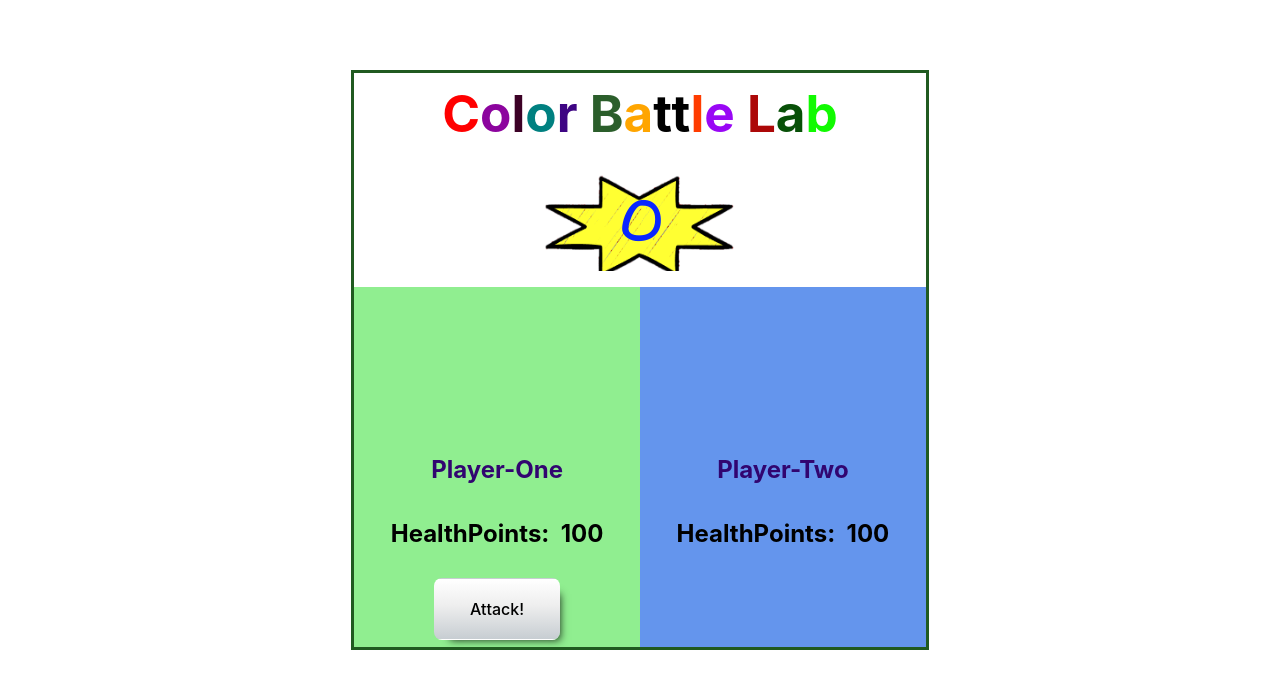
Repository: RAWdevX21/color-battle_lab-build
Page: /
An editor plug-in stored every save of this project. The page is shown before and after the next save, followed by the edit.
The browser window is 1280 px wide. The pictures show the whole page.
Some web fonts or font styles are not loaded; a fallback is used. The project was rebuilt for these pictures with package versions that can differ from the ones it lists, and the page was loaded fresh each time. Also part of the build but not shown: vite.config.js.

Above is the page before, as saved 2023-08-17 09:40:22.

### index.html
<!doctype html>
<html lang="en">
  <head>
    <meta charset="UTF-8" />
    <link rel="icon" type="image/svg+xml" href="/vite.svg" />
    <link rel="preconnect" href="https://fonts.googleapis.com">
    <link rel="preconnect" href="https://fonts.gstatic.com" crossorigin>
    <link href="https://fonts.googleapis.com/css2?family=Architects+Daughter&family=Short+Stack&family=Tillana&display=swap" rel="stylesheet">
    <meta name="viewport" content="width=device-width, initial-scale=1.0" />
    <title>Color Battle</title>
  </head>
  <body>
    <div id="root"></div>
    <script type="module" src="/src/main.jsx"></script>
  </body>
</html>

### src/App.jsx
import { useState } from "react";
import GameBanner from "./Components/GameBanner";
import Player from "./Components/PlayerInfo";
import "./App.css";

export default function App() {

  const [player1, setPlayer1] = useState({
    name: "Player-One",
    color: "lightgreen",
    healthpoints: 100,
    turn: true
  });

  const [player2, setPlayer2] = useState({
    name: "Player-Two",
    color: "cornflowerblue",
    healthpoints: 100,
    turn: false
  });

  const [dice, setDice] = useState(0);

  const handleAttack = (attacker, defender, setAttacker, setDefender) => {
    console.log("Attack button pressed");
    const damage = Math.floor(Math.random() * 12) + 1;
    console.log("Calculated damage:", damage);
    setDice(damage);

    setDefender((prevDefender) => ({
      ...prevDefender,
      healthpoints: prevDefender.healthpoints - damage
    }));

    setAttacker((prevAttacker) => ({
      ...prevAttacker,
      turn: false
    }));

    // Switch turns
    if (attacker === player1) {
      setPlayer2((prevPlayer2) => ({
        ...prevPlayer2,
        turn: true
      }));
    } else {
      setPlayer1((prevPlayer1) => ({
        ...prevPlayer1,
        turn: true
      }));
    }

    if (defender.healthpoints - damage <= 0) {
      alert(`${attacker.name} wins!`);
    }
  };

  return (
    <div className="game-board">
      <GameBanner damagePoints={dice} />

      <div className="players-container">
        <div className="player-wrapper">
          <Player
            key={player1.name}
            player={player1}
            onAttack={() =>
              handleAttack(player1, player2, setPlayer1, setPlayer2)
            }
          />
        </div>
        <div className="player-wrapper">
          <Player
            key={player2.name}
            player={player2}
            onAttack={() =>
              handleAttack(player2, player1, setPlayer2, setPlayer1)
            }
          />
        </div>
      </div>
    </div>
  );
}

### src/index.css
:root {
  font-family: Inter, system-ui, Avenir, Helvetica, Arial, sans-serif;
  line-height: 1.5;
  font-weight: 400;

  color-scheme: light dark;
  background-color: #242424;

}

body {
  margin: 0;
  display: flex;
  place-items: center;
  min-width: 320px;
  min-height: 100vh;
}

h1 {
  font-size: 3.2em;
  line-height: 1.1;
}

button {
  border-radius: 8px;
  border: 1px solid transparent;
  padding: 0.6em 1.2em;
  font-size: 1em;
  font-weight: 500;
  font-family: inherit;
  background-color: #1a1a1a;
  cursor: pointer;
  transition: border-color 0.25s;
}
button:hover {
  border-color: #646cff;
}
button:focus,
button:focus-visible {
  outline: 4px auto -webkit-focus-ring-color;
}

@media (prefers-color-scheme: light) {
  :root {
    background-color: #ffffff;
  }

  button {
    background-color: #ffffff;
  }
}

### src/Components/GameBanner.jsx
import './GameBanner.css';
import Die from "./Die";

const GameBanner = ({ damagePoints }) => {
    return (
      <div className="banner">
        <h1>
          <span className="banner--c">C</span>
          <span className="banner--o">o</span>
          <span className="banner--l">l</span>
          <span className="banner--o2">o</span>
          <span className="banner--r">r</span>
          &nbsp;
          <span className="banner--b">B</span>
          <span className="banner--a">a</span>
          <span className="banner--t">t</span>
          <span className="banner--t">t</span>
          <span className="banner--l2">l</span>
          <span className="banner--e">e</span>
          &nbsp;
          <span className="banner--l3">L</span>
          <span className="banner--a2">a</span>
          <span className="banner--b2">b</span>
        </h1>
        <div className="damage-points">
          <Die value={damagePoints} />
        </div>
      </div>
    );
}

export default GameBanner;

### src/Components/PlayerInfo.jsx
import "./PlayerInfo.css";

const Player = ({ player, onAttack }) => {

  console.log(`${player.name}'s HealthPoints:`, player.healthpoints);

  return (
    <div className="player" style={{ backgroundColor: player.color }}>
      <h2>{player.name}</h2>
      <p
        className="hp"
        style={{ fontSize: "1.5rem", fontWeight: "bold", color: "black" }}>
        HealthPoints: &nbsp;{player.healthpoints}
      </p>
      {player.turn && (
        <button className="attack-button" onClick={onAttack}>
          Attack!
        </button>
      )}
    </div>
  );
};

export default Player;

### src/App.css
#root {
  margin: 0 auto;
  text-align: center;
  border: 3px solid rgba(3, 69, 3, 0.884);
}

h2 {
  color: rgb(49, 5, 112);
}

.players-container {
  display: flex;
  align-items: stretch;
}

.player-wrapper {
  flex: 1;
  height: 50vh;
  min-height: 50vh;
  box-sizing: border-box;
  overflow: hidden;
}

### src/Components/GameBanner.css
.banner {
    text-align: center;
    padding: 1em 5.5rem;
    background-color: #ffffff;
    color: black;
}

.damage-points {
    margin-top: 10px;
    font-size: 6rem;
}

h1 {
    margin-top: -0.25rem;
}

.banner h1 span.banner--c { color: red; }
.banner h1 span.banner--o { color: rgb(140, 4, 158); }
.banner h1 span.banner--l { color: rgb(60, 1, 38); }
.banner h1 span.banner--o2 { color: teal; }
.banner h1 span.banner--r { color: rgb(62, 5, 131); }
.banner h1 span.banner--b { color: rgb(43, 94, 43); }
.banner h1 span.banner--a { color: orange; }
.banner h1 span.banner--t { color: black; }
.banner h1 span.banner--l2 { color: rgb(255, 60, 0); }
.banner h1 span.banner--e { color: rgb(153, 7, 245); }
.banner h1 span.banner--l3 { color: rgb(172, 8, 8); }
.banner h1 span.banner--a2 { color: rgb(8, 80, 8); }
.banner h1 span.banner--b2 { color: rgb(17, 250, 1); }

### src/Components/Die.jsx
import "./Die.css";

const Die = ({ value }) => {
  return <div className="die-container">{value}</div>;
};

export default Die;

### src/Components/PlayerInfo.css
div.player {
    height: 30rem;
    padding-top: 50%;
    line-height: 2.5rem;
}

.player {
    padding: 20px;
    box-sizing: border-box;
    background-color: #f5f5f5;
}

.attack-button {
    padding: 20px 35px;
    background-color: rgb(242, 229, 229);
    color: black;
    background: #FFFFFF;
    background: -moz-linear-gradient(top, #FFFFFF 0%, #EEEEEE 44%, #C7CDD2 100%);
    background: -webkit-linear-gradient(top, #FFFFFF 0%, #EEEEEE 44%, #C7CDD2 100%);
    background: linear-gradient(to bottom, #FFFFFF 0%, #EEEEEE 44%, #C7CDD2 100%);
    -webkit-box-shadow: 8px 8px 8px -8px rgba(0,0,0,0.85);
    box-shadow: 8px 8px 8px -8px rgba(0,0,0,0.85);
    cursor: pointer;
}

### src/Components/Die.css
.die-container {
    font-family: 'Short Stack', 'Architects Daughter', 'Tillana', cursive;
    color: rgb(9, 38, 255);
    display: flex;
    align-items: center;
    justify-content: center;
    font-size: 4rem;
    font-weight: bold;
    /* margin: 25px auto; */
    background-image: url('../assets/pow.png');
    background-size: 13rem 13.5rem;
    background-position: center;
    background-repeat: no-repeat
}

Loaded but not shown: src/main.jsx (common file)

After the next save:
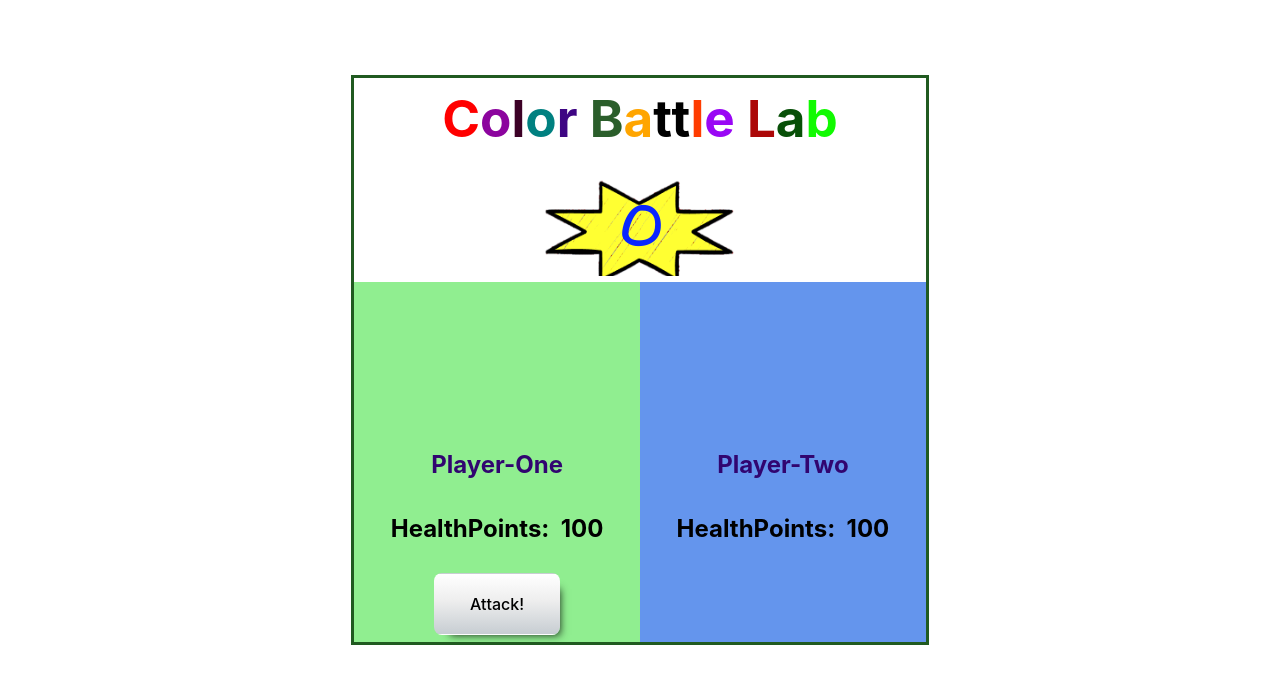
Saved 69 s later.
--- a/src/Components/GameBanner.css
+++ b/src/Components/GameBanner.css
@@ -3,6 +3,7 @@
     padding: 1em 5.5rem;
     background-color: #ffffff;
     color: black;
+    margin-bottom: -10px ;
 }
 
 .damage-points {
